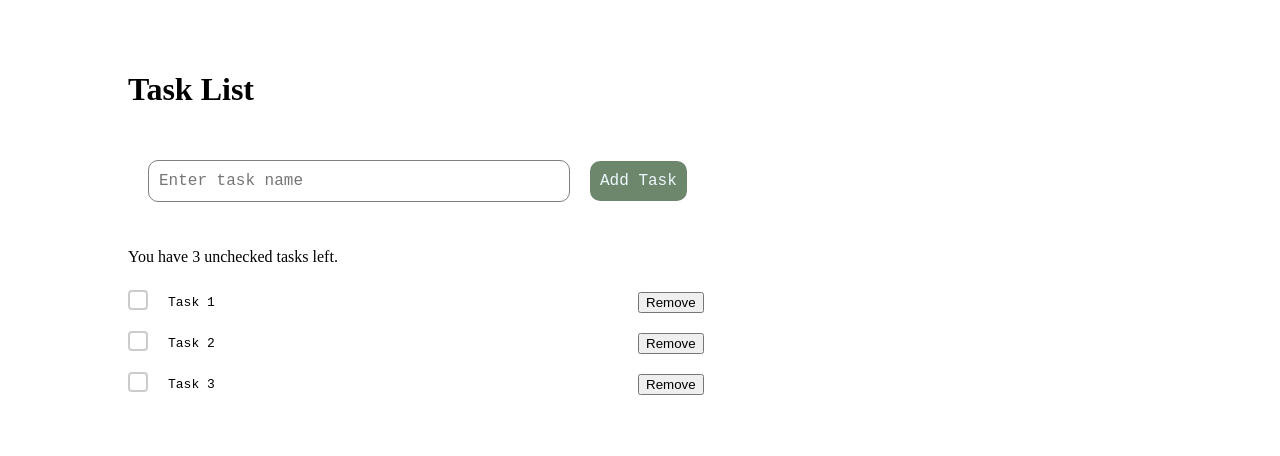
Repository: SandyLy453/task-list
Page: /
An editor plug-in stored every save of this project. The page is shown before and after the next save, followed by the edit.
The browser window is 1280 px wide. The pictures show the whole page.
The project was rebuilt for these pictures with package versions that can differ from the ones it lists, and the page was loaded fresh each time. Also part of the build but not shown: vite.config.js.

Above is the page before, as saved 2024-10-11 15:36:06.

After the next save:
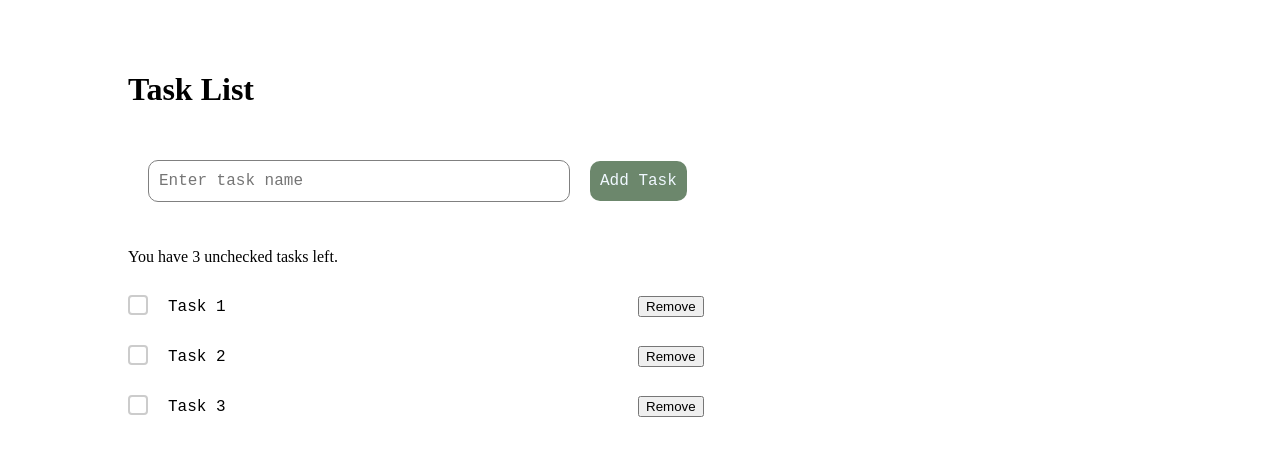
Saved 14 s later.
--- a/src/index.css
+++ b/src/index.css
@@ -74,5 +74,6 @@
   display: flex;
   word-wrap: normal;
   font-family: monospace;
+  font-size: 16px;
 
 }
